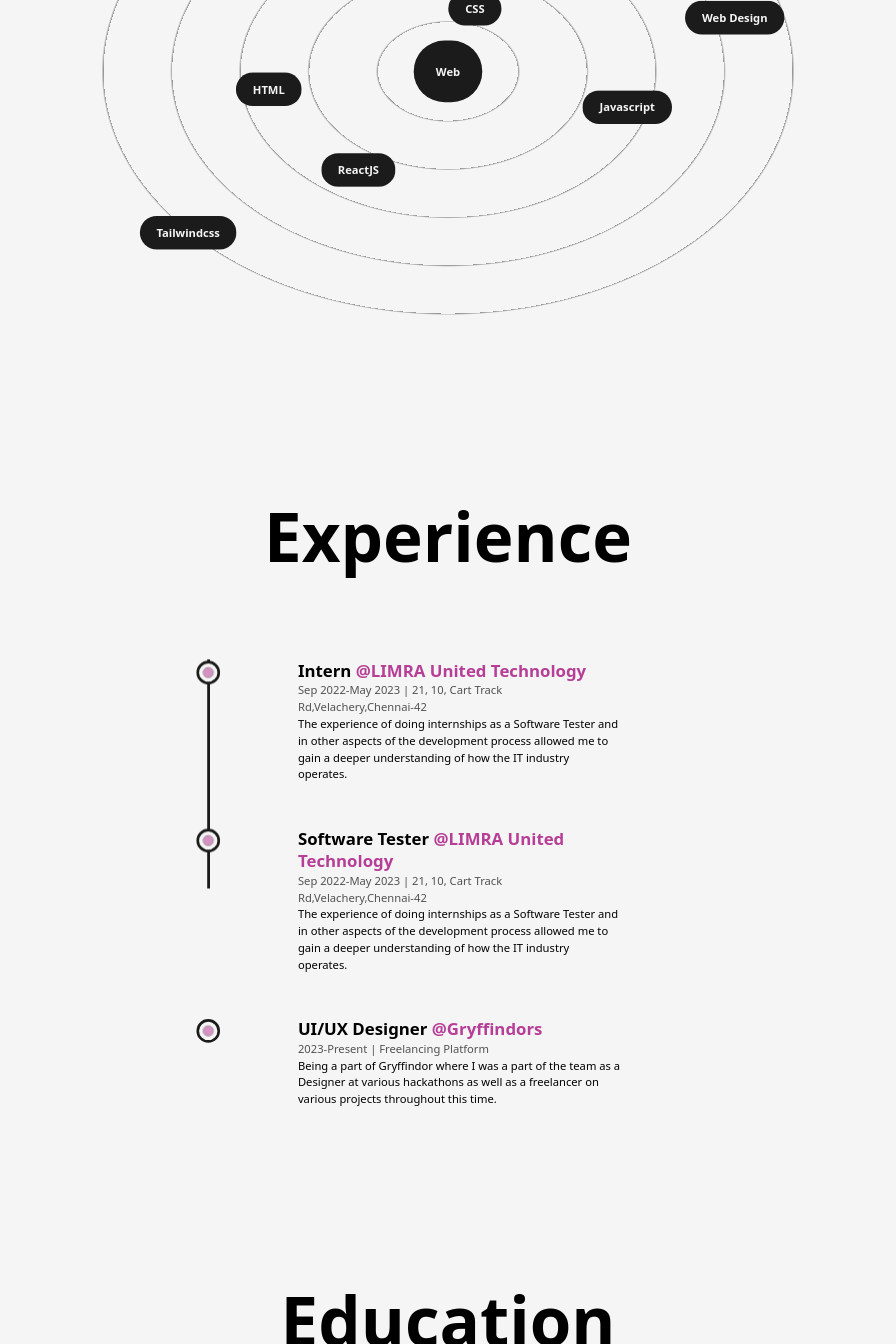
Repository: SMaheshwaran/PP
Page: /about
The author's editor kept a copy of each file at every save. The page is drawn from the files as they stood at one save, then again after the next save.
The browser window is 1280 px wide. The pictures show the part of the page from y = 1500 to 3420 px (the page is 5332 px tall), at 70% of full size.
The project was rebuilt for these pictures with package versions that can differ from the ones it lists, and the page was loaded fresh each time. The framework's server and built-in components were replaced by stand-ins that run in the browser. Also part of the build but not shown: next.config.js.

Above is the page before, as saved 2023-11-01 14:07:49.

### src/pages/_app.js
import Footer from '@/components/Footer';
import NavBar from '@/components/NavBar';
import '@/styles/globals.css'
import {Montserrat} from "next/font/google"
import Head from 'next/head'
import {AnimatePresence } from "framer-motion"
import { useRouter } from 'next/router';

const montserrat = Montserrat({
  subsets: ["latin"],
  variable:"--font-mont"
})

export default function App({ Component, pageProps }) {
  const router = useRouter();
  return (
    <>
    < Head>
    <meta name="viewport" content="width=device-width, initial-scale=1" />
    <link rel="icon" href="/favicon.ico" />
    </Head>

    <main className={`${montserrat.variable} font-mont bg-light dark:bg-dark w-full min-h-screen`}>
      <NavBar />
      <AnimatePresence mode="wait">
        <Component key={router.asPath} {...pageProps} />
      </AnimatePresence>
      <Footer />
  </main>
    </>
  );
}

### src/pages/_document.js
import { Html, Head, Main, NextScript } from 'next/document'
import Script from 'next/script'

export default function Document() {
  return (
    <Html lang="en">
      <Head />
      <body>
        <Script id="theme-switcher" strategy='beforeInteractive'>
          {`if (localStorage.theme === 'dark' || (!('theme' in localStorage) && window.matchMedia('(prefers-color-scheme: dark)').matches)) {
  document.documentElement.classList.add('dark')
} else {
  document.documentElement.classList.remove('dark')
}`}
        </Script>
        <Main />
        <NextScript />
      </body>
    </Html>
  )
}

### src/components/Footer.js
import React from 'react'
import Layout from './Layout'
import Link from 'next/link'

const Footer = () => {
  return (
    <footer className='w-full text-lg font-medium border-t-2 border-solid border-dark dark:text-light dark:border-light sm:text-base'>
        <Layout className='flex items-center justify-between py-8 lg:flex-col lg:py-6'>
            <span>{new Date().getFullYear()} &copy; All Rights Reserved.</span>
            <div className='flex items-center lg:py-2'>
                Build With <span className='px-1 text-2xl text-primary dark:text-primaryDark'>&#9825;</span>
            by&nbsp;<Link href="https://instagram.com/__._.mahi._._?igshid=ZDdkNTZiNTM=" target={"_blank"} className='underline underline-offset-2'>Mahesh</Link>
            </div>
            <Link href="https://www.instagram.com/mui_mux/" target={"_blank"} className='underline underline-offset-2'>Ping Me!</Link>
        </Layout>
    </footer>
  )
}

export default Footer

### src/components/AnimatedText.js
import React from 'react'
import {motion } from 'framer-motion'

const quote = {
    initial:{
        opactiy:1,
    },
    animate:{
       opactiy:1,
       transition:{
           delay:0.5,
           staggerChildren: 0.08,

       }
    }
}

const singleWord = {
    initial:{
        opactiy:0,
        y:50,
    },
    animate:{
       opactiy:1,
       y:0,
       transition:{
           duration:1,
       }
    }
}

const AnimatedText = ({text, className=""}) => {
  return (
    <div className='flex items-center justify-center w-full py-2 mx-auto overflow-hidden text-center sm:py-0'>
        <motion.h1 className={`inline-block w-full text-dark font-bold capitalize text-8xl dark:text-light ${className}`}
        variants={quote}
        initial="initial"
        animate="animate"
        >
            {

                text.split(" ").map((word,index) =>
                <motion.span key={word+'-'+index} className="inline-block"
                variants={singleWord}
                >
                    {word}&nbsp;
                </motion.span>
                )
            }
            </motion.h1>
        </div>
  )
}

export default AnimatedText

### src/components/Layout.js
import React from 'react'

const Layout = ({children,className=""}) => {
  return (
    <div className={`w-full h-full inline-block z-0 bg-light p-32 dark:bg-dark xl:p-24 lg:p-16 md:p-12 sm:p-8  ${className}`}>
        {children}
    </div>
  )
}

export default Layout

### src/components/Skills.js
import React from 'react'
import {motion} from "framer-motion"

const Skill = ({name,x,y}) => {

  return(
    <motion.div className='flex items-center justify-center rounded-full font-semibold bg-dark text-light
    py-3 px-6 shadow-dark cursor-pointer absolute dark:text-dark dark:bg-light
    lg:py-2 lg:px-4 md:text-sm md:py-1.5 md:px-3 xs:bg-transparent xs:dark:bg-transparent
    xs:text-dark xs:dark:text-light xs:font-bold
    '
    whileHover={{scale:1.05}}
    initial={{x:0,y:0}}
    whileInView={{ x:x, y:y, transition: {duration:1.5} }}
    viewport={{once:true}}
    >
      {name}
    </motion.div>
  )
}

const Skills = () => {
  return (
    <>
    <h2 className='w-full mt-64 font-bold text-center text-8xl md:text-6xl md:mt-32'>Skills</h2>
    <div className='relative flex items-center justify-center w-full h-screen rounded-full bg-circularLight dark:bg-circularDark
    lg:h-[80vh] sm:h-[60vh] xs:h-[50vh]
    lg:bg-circularLightLg lg:dark:bg-circularDarkLg
    md:bg-circularLightMd md:dark:bg-circularDarkMd
    sm:bg-circularLightSm sm:dark:bg-circularDarkSm
    '>
      <motion.div className='flex items-center justify-center p-8 font-semibold rounded-full cursor-pointer bg-dark text-light shadow-dark dark:text-dark dark:bg-light lg:p-6 md:p-4 xs:text-xs xs:p-2 '
      whileHover={{scale:1.05}}
      >Web
      </motion.div>

      <Skill name="HTML" x="-20vw" y="2vw"/>
      <Skill name="CSS" x="3vw" y="-7vw"/>
      <Skill name="Javascript" x="20vw" y="4vw"/>
      <Skill name="ReactJS" x="-10vw" y="11vw"/>
      <Skill name="NextJS" x="-22vw" y="-15vw"/>
      <Skill name="Web Design" x="32vw" y="-6vw"/>
      <Skill name="Graphic Design" x="15vw" y="-15vw"/>
      <Skill name="Figma" x="-7vw" y="-21vw"/>
      <Skill name="Tailwindcss" x="-29vw" y="18vw"/>
      <Skill name="Adobe XD" x="9vw" y="-24vw"/>



    </div>
    </>
  )
}

export default Skills

### src/components/Experience.js
import {React,useRef } from 'react';
import { motion,useScroll } from "framer-motion"
import LiIcon from './LiIcon';

const Details = ({position,company,companyLink,time,address,work}) =>{
    const ref = useRef(null);


    return (

    <li ref={ref} className="my-8 first:mt-0 last:mb-0 w-[60%] mx-auto flex flex-col items-center justify-between md:w-[80%]">

           <LiIcon reference={ref}/>
            <motion.div
            initial={{y:50}}
            whileInView={{y:0}}
            transition={{duration:0.5,type:"spring"}}
            >
                <h3 className="text-2xl font-bold capitalize sm:text-xl xs:text-lg">{position}&nbsp;<a href={companyLink}
                target="_blank"
                className="capitalize dark:text-primaryDark text-primary"
                >@{company}</a></h3>
                <span className="font-medium capitalize text-dark/75 dark:text-light/75 xs:text-sm">
                   {time} | {address}
                </span>
                <p className="w-full font-medium md:text-sm">
                    {work}
                </p>
            </motion.div>
     </li>
  );
};



const Experience = () => {
    const ref = useRef (null);
    const {scrollYProgress} = useScroll(
        {
            target: ref,
            offset: ["start end", "center start"]

        }
    )
  return (
    <div className="my-64">
     <h2 className="w-full mb-32 font-bold text-center text-8xl md:text-6xl xs:text-4xl md:mb-16">
         Experience
         </h2>

    <div ref={ref}className="w-[75%] mx-auto relative lg:w-[90%] md:w-full">

<motion.div
style={{scaleY: scrollYProgress}}
className="absolute left-10 top-0 w-[4px] h-full bg-dark origin-top bg-dark origin-top dark:bg-light
md:w-[2px] md:left-[35px] xs:left-[33px]
"/>
        <ul className="flex flex-col items-start justify-between w-full ml-4 xs:ml-5">
        <Details
            position="Intern"
            company="LIMRA United Technology"
            commpanyLink="https://www.linkedin.com/company/limraunited/mycompany/"
            time="Sep 2022-May 2023"
            address="21, 10, Cart Track Rd,Velachery,Chennai-42"
            work="The experience of doing internships as a Software Tester and in other aspects of the development process allowed me to gain a deeper understanding of how the IT industry operates."
            />

            <Details
            position="Software Tester"
            company="LIMRA United Technology"
            commpanyLink="https://www.linkedin.com/company/limraunited/mycompany/"
            time="Sep 2022-May 2023"
            address="21, 10, Cart Track Rd,Velachery,Chennai-42"
            work="The experience of doing internships as a Software Tester and in other aspects of the development process allowed me to gain a deeper understanding of how the IT industry operates."
            />

<Details
            position="UI/UX Designer"
            company="Gryffindors"
            commpanyLink="https://gryffindors.vercel.app/"
            time="2023-Present"
            address="Freelancing Platform"
            work="Being a part of Gryffindor where I was a part of the team as a Designer at various hackathons as well as a freelancer on various projects throughout this time."
            />




        </ul>

        </div>

    </div>
  )
}

export default Experience

### src/components/Education.js
import {React,useRef } from 'react';
import { motion,useScroll } from "framer-motion"
import LiIcon from './LiIcon';

const Details = ({type,time,place,info}) =>{
    const ref = useRef(null);


    return (

    <li ref={ref} className="my-8 first:mt-0 last:mb-0 w-[60%] mx-auto flex flex-col items-center justify-between md:w-[80%]">

           <LiIcon reference={ref}/>
            <motion.div
            initial={{y:50}}
            whileInView={{y:0}}
            transition={{duration:0.5,type:"spring"}}
            >
                <h3 className="text-2xl font-bold capitalize sm:text-xl xs:text-lg">
                    {type}
                </h3>
                <span className="font-medium capitalize text-dark/75 dark:text-light/75 xs:text-sm">
                   {time} | {place}
                </span>
                <p className="w-full font-medium md:text-sm">
                    {info}
                </p>
            </motion.div>
     </li>
  );
};



const Education = () => {
    const ref = useRef (null);
    const {scrollYProgress} = useScroll(
        {
            target: ref,
            offset: ["start end", "center start"]

        }
    )
  return (
    <div className="my-64">
     <h2 className="w-full mb-32 font-bold text-center text-8xl md:text-6xl xs:text-4xl md:mb-16">
     Education
         </h2>

    <div ref={ref}className="w-[75%] mx-auto relative lg:w-[90%] md:w-full">

<motion.div
style={{scaleY: scrollYProgress}}
className="absolute left-10 top-0 w-[4px] h-full bg-dark origin-top bg-dark origin-top dark:bg-light
md:w-[2px] md:left-[35px] xs:left-[33px]"/>
        <ul className="flex flex-col items-start justify-between w-full ml-4 xs:ml-5">
            <Details
            type="Bachelor Of Engineering In Computer Science"
            time="2020-Current"
            place="Jaya Engineering College (JEC)"
            info=" The courses that were relevant to the career involved Data Structures and Algorithms, DBMS,Networks and Artificial Intelligence."
            />
            <Details
            type="Google UI/UX Design"
            time="July 2022-December 2022"
            place="Course By Google on Coursera.Certificate earned at December 30, 2022  "
            info="Through the course, I gained an understanding of understanding user experience, building wireframes, high- and low-fidelity designs, and responsive web design."
            />
             <Details
            type="Full Stack"
            time="Nov 22'-Dec 22"
            place="Course By Infosys Springboard"
            info="Through this course, I gained a deeper understanding of and experience working on Full Stack Projects."
            />
            <Details
            type="Microsoft Data Fundamentals"
            time="Sept-22'"
            place="Course By Microsoft"
            info="Gained knowledge and experience with Exploring
            modern data warehouse analytics in Microsoft Azure through this course."
            />
              <Details
            type="CAD Modeling"
            time="Sept-22'"
            place="Course By Bentley Institute"
            info="Through this training, I have have acquired skills and knowledge that helps in 2D/3D CAD Modeling of Building Design"
            />
            <Details
            type="Robotics Automation Process"
            time="Oct-22'"
            place="Course By Automation Anywhere"
            info="Through this training, I have have acquired skills and knowledge that allows
             to continue my journey to Robotics Process Automation success."
            />
            <Details
            type="Python"
            time="Jan-2019'"
            place="Course By University Of Michigan"
            info="An online non-credit course authorized by University of Michigan and offered through
            Coursera on PYTHON"
            />
        </ul>

        </div>

    </div>
  )
}

export default Education

### src/components/TransitionEffect.js
import React from 'react'
import { motion } from 'framer-motion'

const TransitionEffect = () => {
  return (
    <>
    <motion.div className='fixed top-0 bottom-0 z-30 w-screen h-screen right-full bg-blue'
    initial={{x:"100%",width:"100"}}
    animate={{x:"0%",width:"0"}}
    exit={{x:["0%","100%"],width:["0%","100%"]}}
    transition={{duration:0.8,ease:"easeInOut"}}
    />
    <motion.div className='fixed top-0 bottom-0 z-20 w-screen h-screen right-full bg-light'
    initial={{x:"100%",width:"100"}}
    animate={{x:"0%",width:"0"}}
    transition={{delay:0.2,duration:0.8,ease:"easeInOut"}}
    />
    <motion.div className='fixed top-0 bottom-0 z-10 w-screen h-screen right-full bg-dark'
    initial={{x:"100%",width:"100"}}
    animate={{x:"0%",width:"0"}}
    transition={{delay:0.4,duration:0.8,ease:"easeInOut"}}
    />
    </>
  )
}

export default TransitionEffect

### src/components/BackToTop.js
import React, { useState, useEffect } from 'react';
import { BsArrowUpCircleFill } from "react-icons/bs";

const BackToTop = () => {
  const [showButton, setShowButton] = useState(false);

  useEffect(() => {
    const handleScroll = () => {
      const currentPosition = window.pageYOffset;
      if (currentPosition > 200) {
        setShowButton(true);
      } else {
        setShowButton(false);
      }
    };
    window.addEventListener('scroll', handleScroll);
    return () => {
      window.removeEventListener('scroll', handleScroll);
    };
  }, []);

  const handleClick = () => {
    window.scrollTo({
      top: 0,
      behavior: 'smooth',
    });
  };

  return (
    <>
      {showButton && (
        <div
          className="fixed z-50 bottom-4 right-4"
          onClick={handleClick}
          role="button"
          aria-label="Back to top"
        >
          <BsArrowUpCircleFill className="text-4xl border border-transparent border-solid rounded-full text-dark bg-dark text-light dark:border-light" />
        </div>
      )}
    </>
  );
};

export default BackToTop;

### src/components/logo.js
import Link from 'next/link'
import React from 'react'
import {motion}  from "framer-motion";

const MotionLink = motion(Link);

const logo = () => {
  return (
    <div className='flex items-center mt-2 justify-centre'>
        <MotionLink href="/"
            className='flex items-center justify-center w-16 h-16 text-2xl font-bold border border-transparent border-solid rounded-full bg-dark text-light dark:border-light'
            whileHover={{
                backgroundColor:["#121212", "rgba(131,58,180,1)","rgba(253,29,29,1)","rgba(252,176,69,1)","rgba(131,58,180,1)", "#121212"],
                transition:{duration:1, repeat: Infinity}
            }}

            >M</MotionLink>
        </div>
  )
}

export default logo

### src/components/hooks/useThemeSwitcher.js
import React, {useEffect, useState} from 'react'

const useThemeSwitcher = () => {

    const preferDarkQuery = "(prefer-color-scheme: dark)";
    const [mode,setMode] = useState("");

    useEffect(() => {
        const mediaQuery = window.matchMedia(preferDarkQuery);
        const userPref = window.localStorage.getItem("theme");

        const handleChange = () => {
            if(userPref){
                let check = userPref == "dark" ? "dark" : "light";
                setMode(check);
                if(check=="dark"){
                    document.documentElement.classList.add("dark")
                }else{
                    document.documentElement.classList.remove("dark")
                }
            }else{
                let check = mediaQuery.matches ? "dark" : "light";
                setMode(check);
                if(check=="dark"){
                    document.documentElement.classList.add("dark")
                }else{
                    document.documentElement.classList.remove("dark")
                }
            }
        }

        handleChange();

        mediaQuery.addEventListener("change",handleChange)

         return () => mediaQuery.removeEventListener("change",handleChange)
    }, [])

    useEffect(() => {
        if(mode === "dark"){
            window.localStorage.setItem("theme","dark");
            document.documentElement.classList.add("dark")
        }

        if(mode === "light"){
            window.localStorage.setItem("theme","light");
            document.documentElement.classList.remove("dark")
        }
    }, [mode])

  return [mode, setMode]
}

export default useThemeSwitcher

### src/components/LiIcon.js
import React from 'react'
import { motion,useScroll } from 'framer-motion'

const LiIcon = ({reference}) => {

  const {scrollYProgress} = useScroll(
      {
          target: reference,
          offset: ["center end", "center center"]

      }
  )

  return (
    <figure className='absolute left-1 stroke-dark dark:stroke-light'>
      <svg className='-rotate-90 md:w-[60px] md:h-[60px] xs:h-[40px]' width="75" height="75" viewBox='0 0 100 100' >
        <circle cx="75" cy="50" r="20" className='stroke-1 stroke-primary dark:stroke-primaryDark fill-none'/>
        <motion.circle cx="75" cy="50" r="20" className='stroke-[5px] fill-light dark:fill-dark'
        style={{
          pathLength : scrollYProgress
        }}
        />

        <circle cx="75" cy="50" r="10" className='stroke-1 animate-pulse fill-primary dark:fill-primaryDark'/>

      </svg>
    </figure>
  )
}

export default LiIcon

### tailwind.config.js
/** @type {import('tailwindcss').Config} */

const { fontFamily } = require('tailwindcss/defaultTheme')



module.exports = {
  content: [
    // Or if using `src` directory:
    "./src/**/*.{js,ts,jsx,tsx}",
  ],
  darkMode: 'class',
  theme: {
    extend: {
      fontFamily: {
        mont: ['var(--font-inter)', ...fontFamily.sans],
      },
      colors:{
        dark: "#1b1b1b",
        light: "#f5f5f5",
        blue:  "#000336",
        primary: "#B63E96", // 240,86,199
        primaryDark: "#58E6D9", // 80,230,217
        wlight:	"#8B0000",
        wDark:"DC143C"

      },
      animation:{
        'spin-slow': 'spin 8s linear infinite',
      },
      backgroundImage:{
        circularLight:
        "repeating-radial-gradient(rgba(0,0,0,0.4) 2px,#f5f5f5 5px,#f5f5f5 100px)",

    circularDark:
        "repeating-radial-gradient(rgba(255,255,255,0.5) 2px,#1b1b1b 8px,#1b1b1b 100px)",

    circularLightLg:
        "repeating-radial-gradient(rgba(0,0,0,0.4) 2px,#f5f5f5 5px,#f5f5f5 80px)",

    circularDarkLg:
        "repeating-radial-gradient(rgba(255,255,255,0.5) 2px,#1b1b1b 8px,#1b1b1b 80px)",

    circularLightMd:
        "repeating-radial-gradient(rgba(0,0,0,0.4) 2px,#f5f5f5 5px,#f5f5f5 60px)",

    circularDarkMd:
        "repeating-radial-gradient(rgba(255,255,255,0.5) 2px,#1b1b1b 6px,#1b1b1b 60px)",

    circularLightSm:
        "repeating-radial-gradient(rgba(0,0,0,0.4) 2px,#f5f5f5 5px,#f5f5f5 40px)",

    circularDarkSm:
        "repeating-radial-gradient(rgba(255,255,255,0.5) 2px,#1b1b1b 4px,#1b1b1b 40px)",
      }
    },
    screens: {
      "2xl": { max: "1535px" },
      // => @media (max-width: 1535px) { ... }

      xl: { max: "1279px" },
      // => @media (max-width: 1279px) { ... }

      lg: { max: "1023px" },
      // => @media (max-width: 1023px) { ... }

      md: { max: "767px" },
      // => @media (max-width: 767px) { ... }

      sm: { max: "639px" },
      // => @media (max-width: 639px) { ... }

      xs: { max: "479px" },
      // => @media (max-width: 479px) { ... }
  },
  },
 plugins: [],
}

Loaded but not shown: src/styles/globals.css (common file); src/components/icon.js (468 lines, source omitted); src/components/NavBar.js (220 lines, source omitted); src/pages/about.js (110 lines, source omitted)

After the next save:
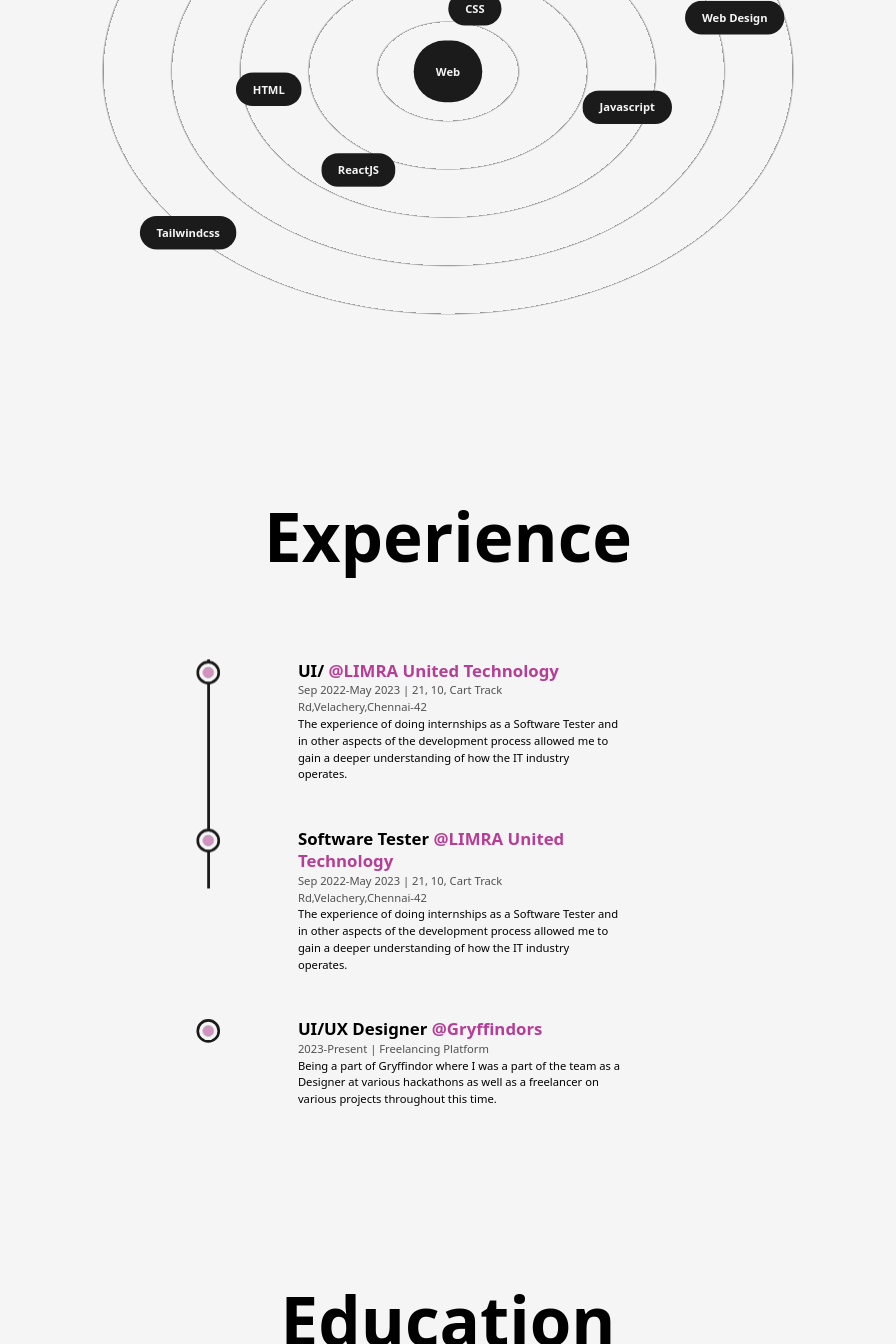
Saved 8 s later.
--- a/src/components/Experience.js
+++ b/src/components/Experience.js
@@ -57,7 +57,7 @@ md:w-[2px] md:left-[35px] xs:left-[33px]
 "/>
         <ul className="flex flex-col items-start justify-between w-full ml-4 xs:ml-5">
         <Details
-            position="Intern"
+            position="UI/"
             company="LIMRA United Technology"
             commpanyLink="https://www.linkedin.com/company/limraunited/mycompany/"
             time="Sep 2022-May 2023"
